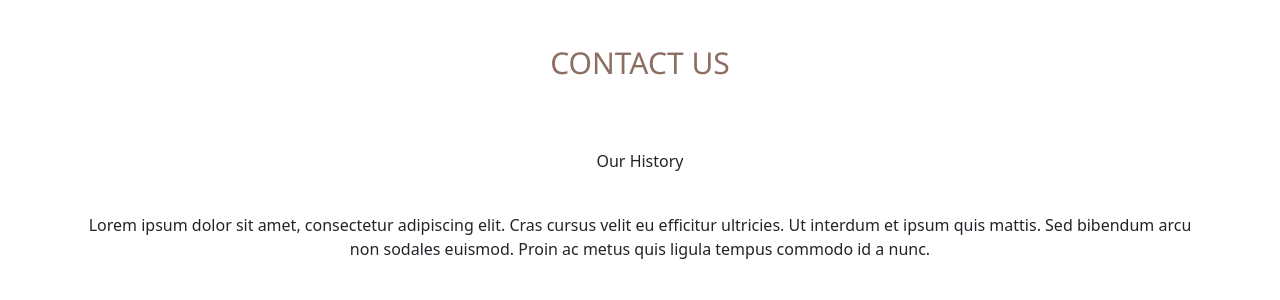
Repository: kaushalyaweerakoon/Plantation-Villa
Page: contact-us.html
These files come from the project's save history. The page is drawn as it stood at one moment and after the next save; the edit follows.
The browser window is 1280 px wide. The pictures show the whole page.
Some web fonts or font styles are not loaded; a fallback is used.

Above is the page before, as saved 2022-08-15 10:29:54.
Not found: assets/js/main.js

After the next save:
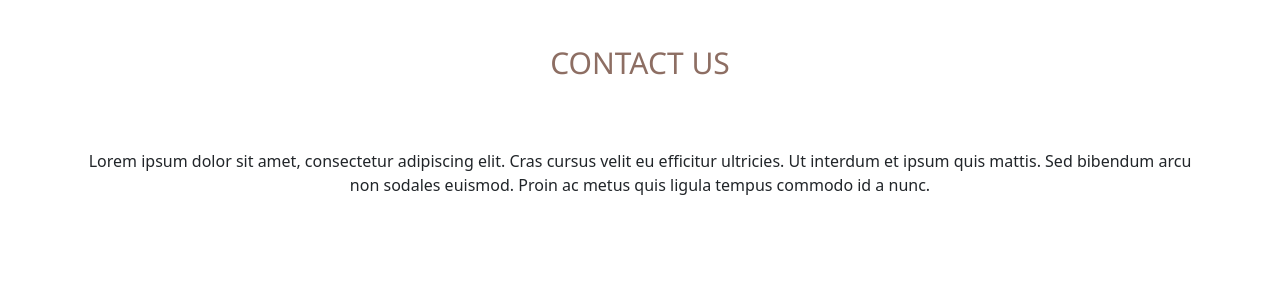
Saved 20 s later.
--- a/contact-us.html
+++ b/contact-us.html
@@ -32,7 +32,6 @@
         <p class="title pt-3">CONTACT US</p>
 
         <div class="text-center" id="ourhistory" >
-            <p class=" pb-4">Our History </p>
             <p class="">
                 Lorem ipsum dolor sit amet, consectetur adipiscing elit. Cras cursus velit eu efficitur ultricies. Ut
                 interdum et ipsum quis mattis. Sed bibendum arcu non sodales euismod. Proin ac metus quis ligula tempus
